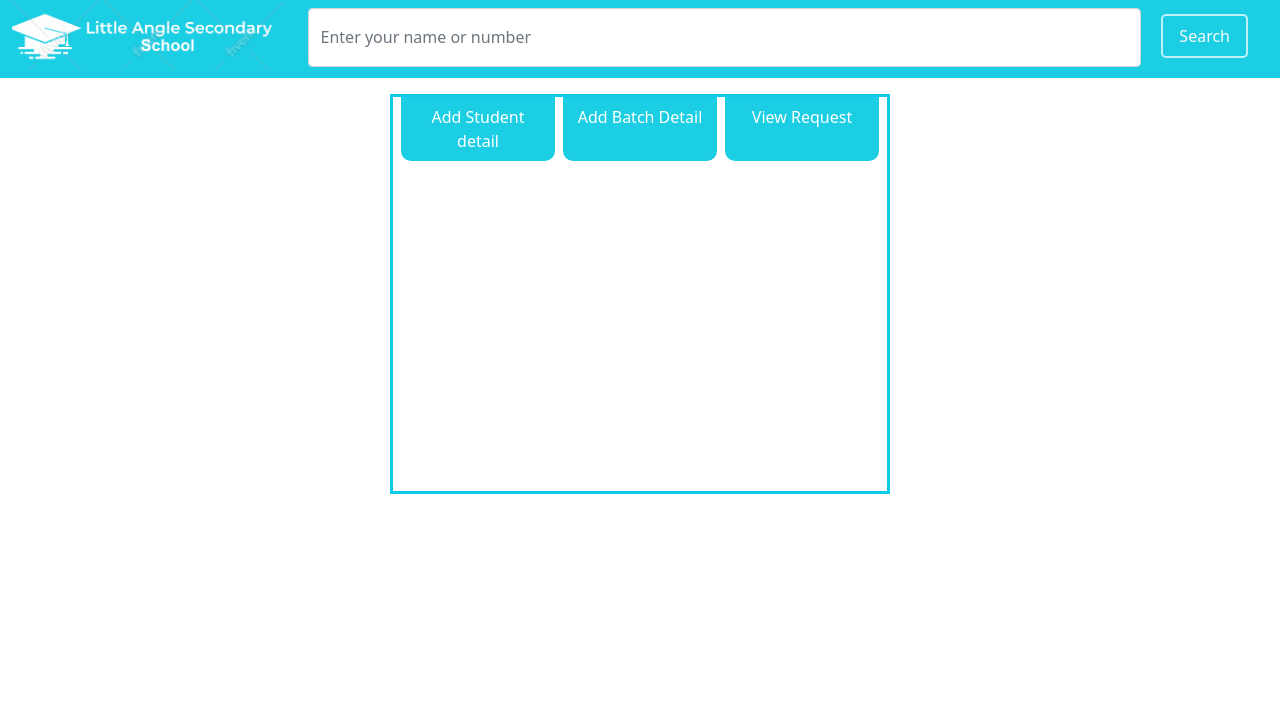
Repository: Sjuicyy/School-Project
Page: home2.html
An editor plug-in stored every save of this project. The page is shown before and after the next save, followed by the edit.
The browser window is 1280 px wide. The pictures show the whole page.

Above is the page before, as saved 2022-09-18 09:59:42.

### home2.html
<!doctype html>
<html lang="en">

<head>
    <!-- Required meta tags -->
    <meta charset="utf-8">
    <meta name="viewport" content="width=device-width, initial-scale=1">

    <!-- Bootstrap CSS -->
    <link href="https://cdn.jsdelivr.net/npm/bootstrap@5.0.2/dist/css/bootstrap.min.css" rel="stylesheet"
        integrity="sha384-EVSTQN3/azprG1Anm3QDgpJLIm9Nao0Yz1ztcQTwFspd3yD65VohhpuuCOmLASjC" crossorigin="anonymous">

    <link rel="stylesheet" href="https://cdnjs.cloudflare.com/ajax/libs/font-awesome/4.7.0/css/font-awesome.min.css">


    <style>
        .row0 div {
            width: auto;
            display: flex;
        }

        .img {
            height: 70px;
            width: 100%;
        }


        .btn1:hover {
            background-color: rgb(38, 178, 196);
        }


        .modalfloat {
            border: 3px solid rgb(14, 204, 233);
            margin: auto;
            width: 500px;
            min-height: 400px;
        }

        .addbtn:hover {
            background-color: rgba(20, 192, 219, 0.576);
        }



        .footer {
            background-color: rgb(77, 219, 219);
            position: fixed;
            width: 100%;
            bottom: 0;
            height: 15%;
            overflow: AUTO;
            color: rgb(255, 255, 255);
            margin-left: -12px;
        }

        .footer::-webkit-scrollbar {
            display: none;
        }


        .fb {

            width: 160px
        }

        .fa {
            font-size: xx-large;
            padding: 4px;
            margin: 2px;
            width: 40px;
            text-decoration: none;
        }

        .fa-facebook {
            background: #3B5998;
            color: white;
        }

        .fa-twitter {
            background: #55ACEE;
            color: white;
        }

        .fa-google {
            background: #dd4b39;
            color: white;
        }

        .fa-youtube {
            background: #bb0000;
            color: white;
        }

        .fa-instagram {
            background: #125688;
            color: white;
        }

        .bd {
            border: 1px solid rgb(14, 204, 233);
        }

        .color {
            background-color: rgb(28, 206, 228);
        }

        .btn1 {
            margin: 20px;
            margin-top: 14px;
            border: 2px solid rgba(255, 255, 255, 0.715);
            border-radius: 5px;
        }

        a {
            text-decoration: none;
            color: white;
        }

        a:hover {
            color: rgb(10, 15, 57);
        }

        .action_border {
            border-bottom-right-radius: 10px;
            border-bottom-left-radius: 10px;
        }

        [id^=modal] {
            display: none;
        }

        #modal1:target {
            display: block;
        }

        #modal2:target {
            display: block;
        }
    </style>
    <title>Little Angle School</title>
</head>

<body>
    <!-- heading start -->
    <div class="container-fluid text-center">
        <div class="row row0 color">
            <div class="col-3">
                <a href="pages.html">
                    <img class="img" src="/school.png" alt="">
                </a>
            </div>
            <div class="col">
                <input class="form-control mt-2 h-75 " type="search" placeholder="Enter your name or number "
                    aria-label="Search">
                <button class="btn1 color  text-light px-3 p-2" type="submit">Search</button>
                </form>
            </div>
        </div>

        <!-- heading end -->

        <!-- modal body start -->

        <!-- action start  -->

        <form class="modalfloat mt-3">
            <div class="row mx-1 ">
                <div class="col p-2 mx-1 text-light color action_border"><a href="#modal1">Add Student detail</a></div>
                <div class="col p-2 mx-1 text-light color action_border"><a href="#modal2">Add Batch Detail</a></div>
                <div class="col p-2 mx-1 text-light color action_border"><a href="">View Request</a></div>
            </div>




            <!-- action end  -->


            <!-- modal 1 start  -->


            <div id="modal1">
                <div class="m-3">
                    <div>
                        <p class="h2 p-1 text-light color">Add Student name</p>
                    </div>
                    <div>
                        <label for="name" class="form-label float-start">ID</label>
                        <input type="number" class="form-control" name="Id" id="id">
                    </div>
                    <div class="col-12">
                        <label for="name" class="form-label float-start">Full Name</label>
                        <input type="text" class="form-control" id="name">
                    </div>
                    <div class="col-md-12">
                        <label for="class" class="form-label float-start">Class</label>
                        <input type="number" class="form-control" id="class">
                    </div>
                    <div class="col-md-12">
                        <label for="email" class="form-label float-start">Email</label>
                        <input type="email" class="form-control" id="email">
                    </div>
                    <div class="col-12">
                        <label for="gname" class="form-label float-start">Guardian Name</label>
                        <input type="text" class="form-control" id="guardianname">
                    </div>
                    <div class="col-12">
                        <label for="address" class="form-label float-start">Address</label>
                        <input type="text" class="form-control" id="inputAddress" placeholder="Lagankhel-5, Lalitpur">
                    </div>
                    <div class="col-1 mt-4">
                        <input type="file" id="photo" name="photo" accept="image/*">
                    </div>
                    <div class="col-md-6 mt-3">
                        <label for="dob" class="form-label float-start">Date of Birth</label>
                        <input type="date" class="form-control" id="dob">
                    </div>

                    <div class="col-12">
                        <div class="form-check">
                            <button type="submit" class="btn btn-primary col-12 mt-3 color addbtn p-2">Add</button>
                        </div>
                    </div>
                </div>
            </div>




            <!-- modal 1 end  -->



            <!-- modal2 start -->


            <div id="modal2">
                <div class="m-3">

                    <div>
                        <p class="h2 p-1 text-light color">Add Batch Detail</p>

                    </div>
                    <div class="col-12 ">
                        <label for="name" class="form-label float-start">ID</label>
                        <input type="number" class="form-control" id="id" placeholder="">
                    </div>
                    <div class="col-md-12">
                        <label for="name" class="form-label float-start">Full Name</label>
                        <input type="text" class="form-control" id="name">
                    </div>
                    <div class="col-md-12">
                        <label for="email" class="form-label float-start">Email</label>
                        <input type="email" class="form-control" id="email">
                    </div>
                    <div class="col-12">
                        <label for="gname" class="form-label float-start">Passed Year</label>
                        <input type="text" class="form-control" id="guardianname">
                    </div>
                    <div class="col-12">
                        <div class="form-check">
                            <button type="submit" class="btn btn-primary col-12 mt-3 color addbtn p-2">Add</button>
                        </div>
                    </div>
                </div>
            </div>


            <!-- modal 2 end -->

        </form>






        <!-- footer start -->


        <!-- <div class="footer">
            <div class="row ">
                <div class="col mx-2 mt-2" style="text-align:left"> <b>Little Angle-2022 © All Right Reserved</b> </div>
                <div class="col mx-2 mt-2" style="text-align:right">
                    <p> <b>Designed By :- SafaBajar InfoTech Pvt. Ltd.</b> </p>
                </div>
            </div>
            <div class="row mx-2">
                <div class="col-2  fb" style="text-align:left;margin-top:25px">Contact Us</div>
                <div class="col-2  fb" style="text-align:left;margin-top:25px">Privacy Policies</div>
                <div class="col-2  fb" style="text-align:left;margin-top:25px">Terms of Services</div>
                <div class="col  fb" style="text-align:left"></div>
                <div class="col-6 fb" style="text-align:center;width:300px">
                    <p style="margin-top: -10px;"> <b>Connect With Us:</b> </p>
                    <a href="https:/.facebook.com/search/top?q=safabazar%20private%20limited" class="fa fa-facebook"
                        style="text-align:center;margin-top:-10px"></a>
                    <a href="#" class="fa fa-twitter"></a>
                    <a href="#" class="fa fa-google"></a>
                    <a href="#" class="fa fa-youtube"></a>
                    <a href="#" class="fa fa-instagram"></a>
                </div>
            </div>

        </div> -->

    </div>

    </div>












    <!-- Optional JavaScript; choose one of the two! -->

    <!-- Option 1: Bootstrap Bundle with Popper -->
    <script src="https://cdn.jsdelivr.net/npm/bootstrap@5.0.2/dist/js/bootstrap.bundle.min.js"
        integrity="sha384-MrcW6ZMFYlzcLA8Nl+NtUVF0sA7MsXsP1UyJoMp4YLEuNSfAP+JcXn/tWtIaxVXM"
        crossorigin="anonymous"></script>

    <!-- Option 2: Separate Popper and Bootstrap JS -->
    <!--
    <script src="https://cdn.jsdelivr.net/npm/@popperjs/core@2.9.2/dist/umd/popper.min.js" integrity="sha384-IQsoLXl5PILFhosVNubq5LC7Qb9DXgDA9i+tQ8Zj3iwWAwPtgFTxbJ8NT4GN1R8p" crossorigin="anonymous"></script>
    <script src="https://cdn.jsdelivr.net/npm/bootstrap@5.0.2/dist/js/bootstrap.min.js" integrity="sha384-cVKIPhGWiC2Al4u+LWgxfKTRIcfu0JTxR+EQDz/bgldoEyl4H0zUF0QKbrJ0EcQF" crossorigin="anonymous"></script>
    -->
</body>

</html>

After the next save:
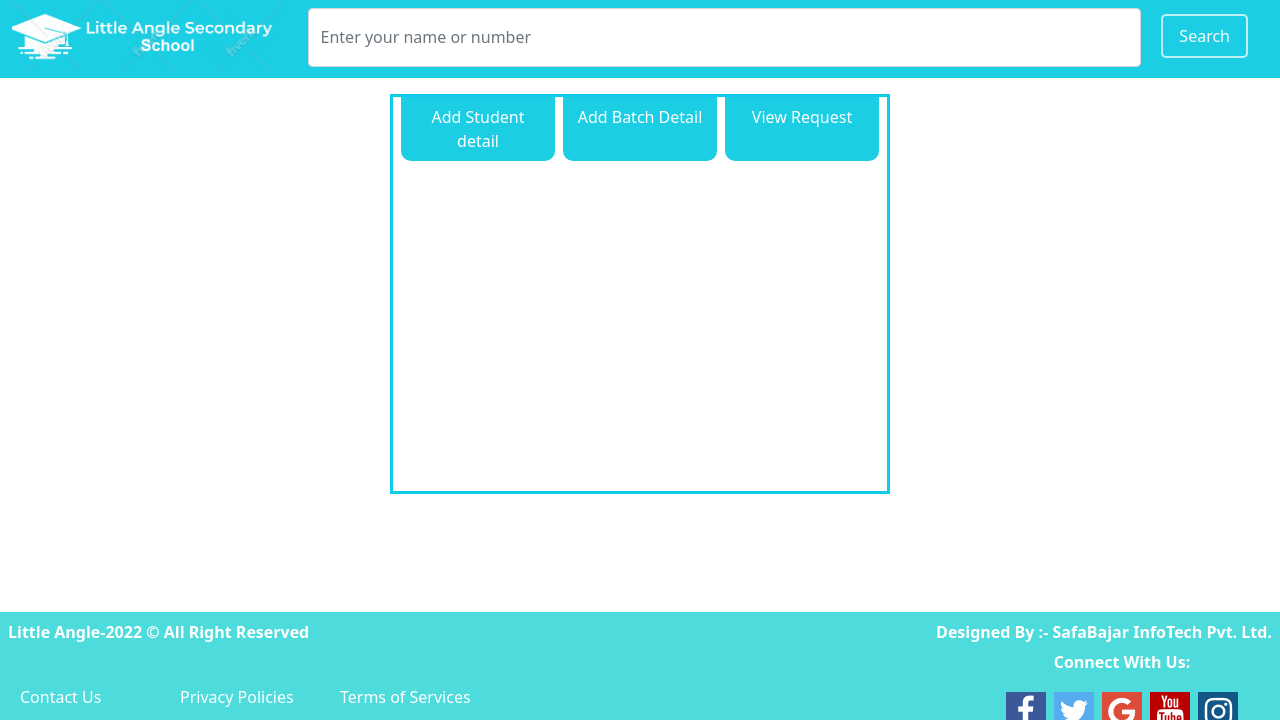
Saved 5 s later.
--- a/home2.html
+++ b/home2.html
@@ -279,7 +279,7 @@
         <!-- footer start -->
 
 
-        <!-- <div class="footer">
+        <div class="footer">
             <div class="row ">
                 <div class="col mx-2 mt-2" style="text-align:left"> <b>Little Angle-2022 © All Right Reserved</b> </div>
                 <div class="col mx-2 mt-2" style="text-align:right">
@@ -302,7 +302,7 @@
                 </div>
             </div>
 
-        </div> -->
+        </div>
 
     </div>
 
